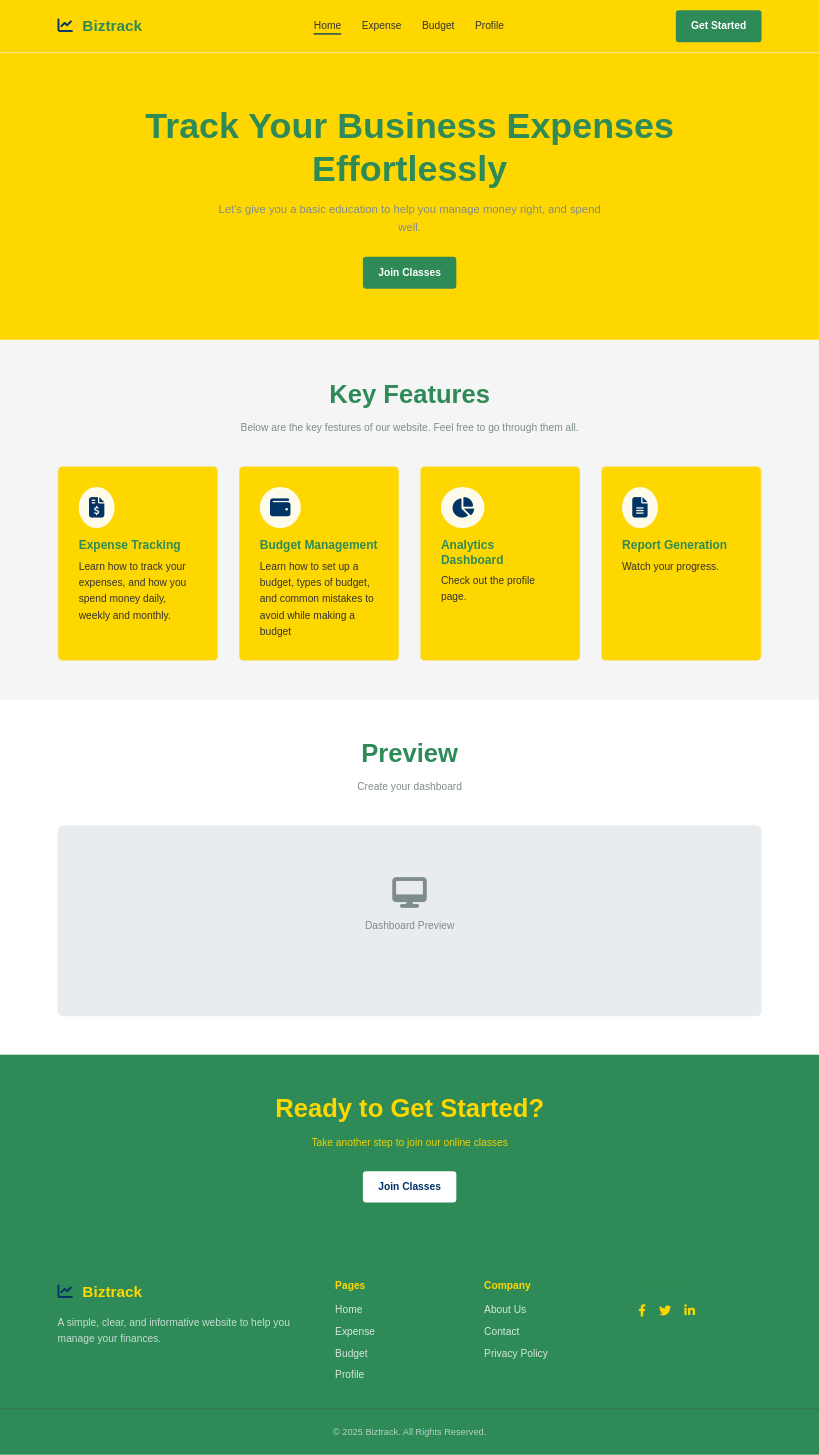
Repository: JoyUdoh106/wdd131
Page: project/index.html
The author's editor kept a copy of each file at every save. The page is drawn from the files as they stood at one save, then again after the next save.
The browser window is 1280 px wide. The pictures show the whole page, at 64% of full size.

Above is the page before, as saved 2025-08-10 19:54:26.

After the next save:
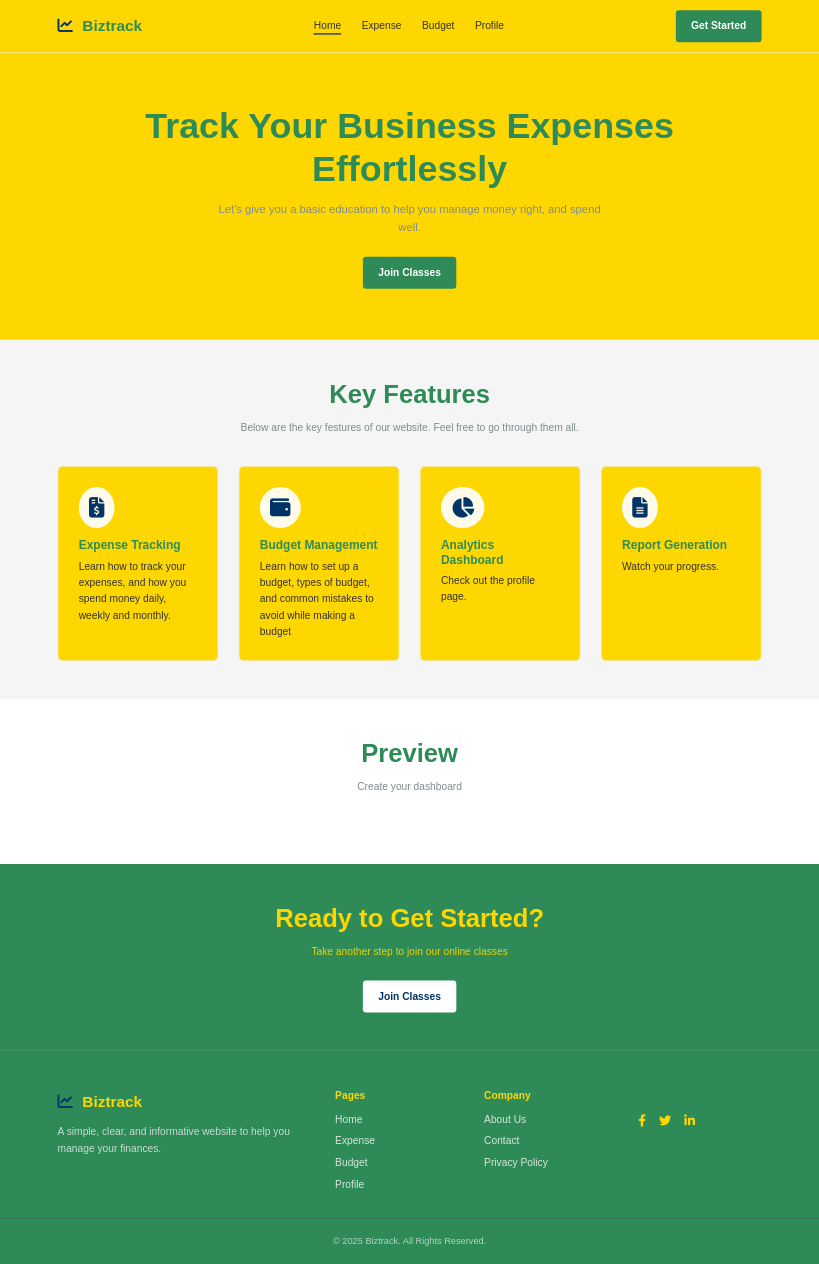
Saved 26 min 32 s later.
--- a/project/index.html
+++ b/project/index.html
@@ -84,10 +84,7 @@
             <div class="container">
                 <h2>Preview</h2>
                 <p>Create your dashboard</p>
-                <div class="dashboard-preview reveal">
-                    <i class="fas fa-desktop"></i>
-                    <p>Dashboard Preview</p>
-                </div>
+
             </div>
         </section>
 
